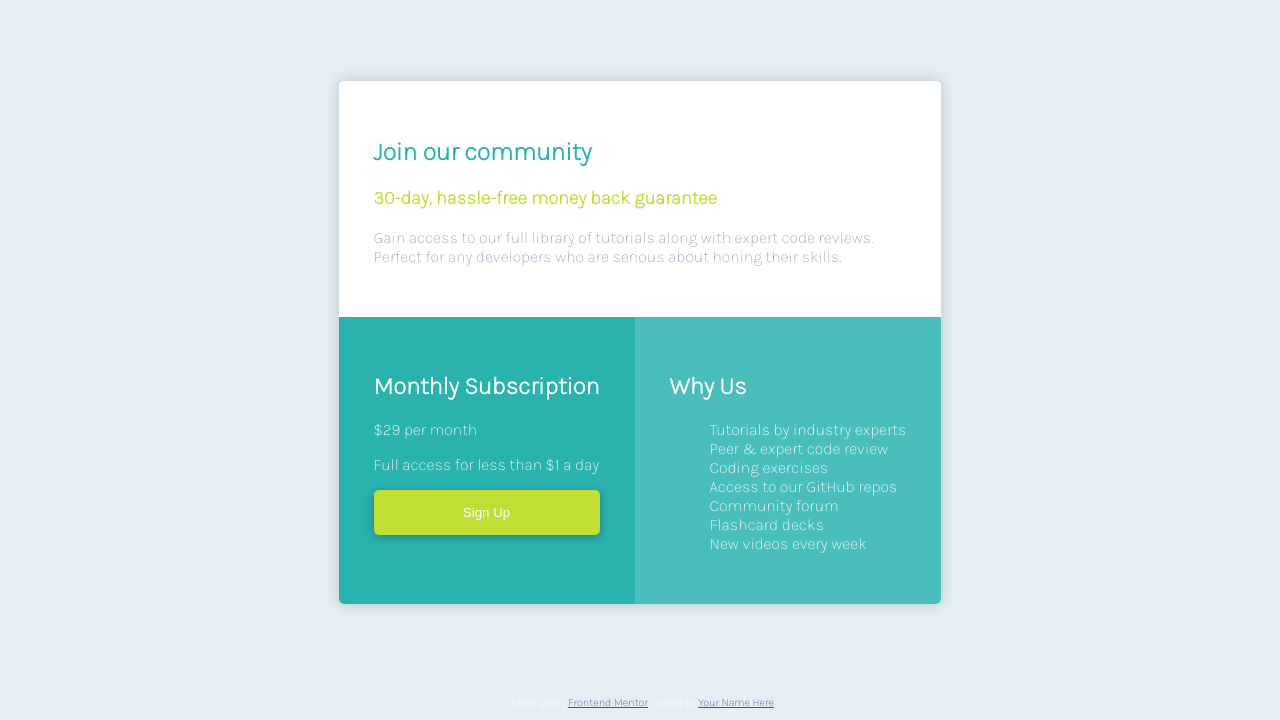
Repository: jminervino/PriceGridComponent
Page: index.html
The author's editor kept a copy of each file at every save. The page is drawn from the files as they stood at one save, then again after a run of saves.
The browser window is 1280 px wide. The pictures show the whole page.

Above is the page before, as saved 2022-02-08 13:56:18.

### index.html
<!DOCTYPE html>
<html lang="en">
<head>
  <meta charset="UTF-8">
  <meta name="viewport" content="width=device-width, initial-scale=1.0"> <!-- displays site properly based on user's device -->

  <link rel="icon" type="image/png" sizes="32x32" href="./images/favicon-32x32.png">
  <link rel="stylesheet" href="style.css">

  <title>Frontend Mentor | Single Price Grid Component</title>

  <!-- Feel free to remove these styles or customise in your own stylesheet 👍 -->
  <style>
    .attribution { font-size: 11px; text-align: center; }
    .attribution a { color: hsl(228, 45%, 44%); }
  </style>
</head>
<body>
    <main>
        <section class="box-one">
            <h2>Join our community</h2>
            <h3 class="yellow-text">30-day, hassle-free money back guarantee</h3>

            <p>
              Gain access to our full library of tutorials along with expert code reviews. <br>
              Perfect for any developers who are serious about honing their skills.
            </p>
        </section>
        <section class="box-two">
            <h2>Monthly Subscription</h2>

            <p class="faded">
              <span class="big">&dollar;29</span> per month
            </p>
            <p>Full access for less than &dollar;1 a day</p>

            <button>Sign Up</button>
        </section>
        <section class="box-three">
            <h2>Why Us</h2>
            <ul>
                <li>Tutorials by industry experts</li>
                <li>Peer &amp; expert code review</li>
                <li>Coding exercises</li>
                <li>Access to our GitHub repos</li>
                <li>Community forum</li>
                <li>Flashcard decks</li>
                <li>New videos every week</li>
            </ul>
        </section>
    </main>
    <footer>
        <p class="attribution">
          Challenge by <a href="https://www.frontendmentor.io?ref=challenge" target="_blank">Frontend Mentor</a>.
          Coded by <a href="#">Your Name Here</a>.
        </p>
    </footer>
</body>
</html>

### style.css
@import url('https://fonts.googleapis.com/css2?family=Karla:ital,wght@0,200;1,200&family=Open+Sans+Condensed:wght@300&family=Quicksand:wght@300;400;500;600;700&display=swap');

* {
    box-sizing: border-box;
}

body {
    font-family: "karla", sans-serif;
    display: flex;
    align-items: center;
    justify-content: center;
    background-color: hsl(204, 43%, 93%);
    margin: 0;
    min-height: 100vh;
    flex-direction: column;
    color: #ffffff;
}

main {
    background-color: #ffffff;
    max-width: 1440px;
    min-width: 600px;
    margin: auto;
    display: grid;
    grid-template-columns: auto auto;
    box-shadow: 0px 0px 15px rgba(0, 0, 0, 0.2);
    border-radius: 5px;
    overflow: hidden;
}

section {
    padding: 35px;
}

button {
    background-color: hsl(71, 73%, 54%);
    color: #ffffff;
    border-radius: 5px;
    border: none;
    width: 100%;
    padding: 15px;
    box-shadow: 0px 2px 10px rgba(0, 0, 0, 0.3);
}

p {
    font-size: 16px;
}

ul {
    list-style-type: none;
}

.box-one {
    color: hsl(218, 22%, 67%);
    grid-column: 1/3;

}

.box-one h2 {
    font-size: 25px;
    font-weight: 900;
    color: hsl(179, 62%, 43%);
}

.yellow-text {
    color: hsl(71, 73%, 54%);
    font-weight: 700;
}

.box-two {
    background-color: hsl(179, 62%, 43%);
}

.box-three {
    background-color: #4abebd;
}

After the next 5 saves:
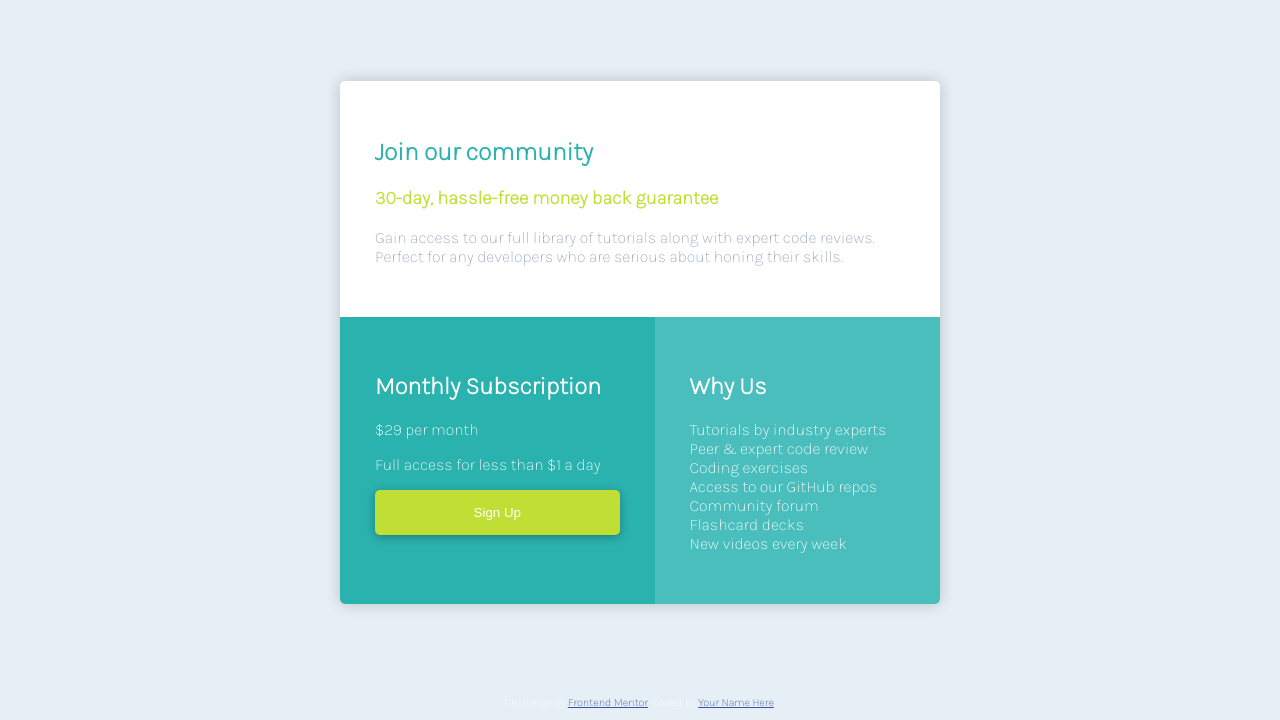
The 5 saves are shown as one change because they came seconds apart.
The last was saved 28 s later.
--- a/style.css
+++ b/style.css
@@ -48,6 +48,7 @@ p {
 
 ul {
     list-style-type: none;
+    margin-left: -40px;
 }
 
 .box-one {
